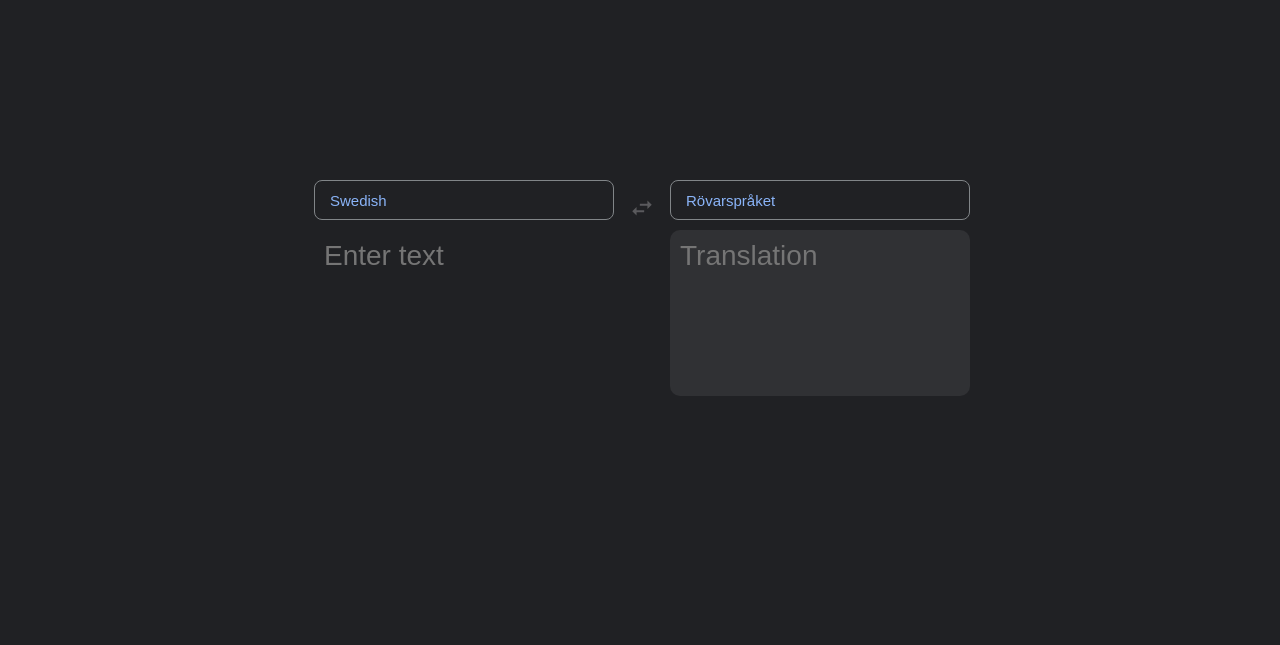
Repository: ShamroOoz/R-varspr-ket-Translator
Page: /
These files come from the project's save history. The page is drawn as it stood at one moment and after the next save; the edit follows.
The browser window is 1280 px wide. The pictures show the whole page.
The project was rebuilt for these pictures with package versions that can differ from the ones it lists, and the page was loaded fresh each time.

Above is the page before, as saved 2022-05-17 23:37:40.

### public/index.html
<!DOCTYPE html>
<html lang="en">
  <head>
    <meta charset="utf-8" />
    <link rel="icon" href="%PUBLIC_URL%/favicon.ico" />
    <meta name="viewport" content="width=device-width, initial-scale=1" />
    <meta name="theme-color" content="#000000" />
    <meta
      name="description"
      content="Web site created using create-react-app"
    />
    <link rel="apple-touch-icon" href="%PUBLIC_URL%/logo192.png" />
    <!--
      manifest.json provides metadata used when your web app is installed on a
      user's mobile device or desktop. See https://developers.google.com/web/fundamentals/web-app-manifest/
    -->
    <link rel="manifest" href="%PUBLIC_URL%/manifest.json" />
    <!--
      Notice the use of %PUBLIC_URL% in the tags above.
      It will be replaced with the URL of the `public` folder during the build.
      Only files inside the `public` folder can be referenced from the HTML.

      Unlike "/favicon.ico" or "favicon.ico", "%PUBLIC_URL%/favicon.ico" will
      work correctly both with client-side routing and a non-root public URL.
      Learn how to configure a non-root public URL by running `npm run build`.
    -->
    <title>Översättare - Rövarspråket</title>
  </head>
  <body>
    <noscript>You need to enable JavaScript to run this app.</noscript>
    <div id="root"></div>
    <!--
      This HTML file is a template.
      If you open it directly in the browser, you will see an empty page.

      You can add webfonts, meta tags, or analytics to this file.
      The build step will place the bundled scripts into the <body> tag.

      To begin the development, run `npm start` or `yarn start`.
      To create a production bundle, use `npm run build` or `yarn build`.
    -->
  </body>
</html>

### src/index.css
* {
  font-family: arial, sans-serif;
}

body {
  margin: 0;
  background-color: #202124;
  display: flex;
  justify-content: center;
  height: 100vh;
  align-items: center;
}

.app {
  display: flex;
  width: 652px;
  height: 360px;
}

.output,
.input {
  display: flex;
  flex-direction: column;
  width: 300px;
}

textarea {
  background-color: transparent;
  color: #bdc1c6;
  border: none;
  resize: none;
  padding: 10px;
  width: 280px !important;
  height: 146px;
  border-radius: 10px;
  outline: none;
  overflow: auto;
  font-size: 28px;
  margin-top: 10px;
}

.output textarea {
  background-color: #303134;
}

.arrow-container {
  padding: 15px;
  cursor: pointer;
}
.arrow-container svg:hover {
  fill: #fff;
}

.arrow-container svg {
  width: 26px;
  height: 26px;
  fill: #5a5a5d;
}

.option-list {
  width: 100%;
}

.search-bar {
  width: 100%;
  display: flex;
  justify-content: center;
  padding: 10px;
}

input {
  border: 1px solid #818588;
  border-radius: 8px;
  box-sizing: border-box;
  color: #bdc1c6;
  font-size: 14px;
  height: 40px;
  background-color: transparent;
  width: 100%;
}

.select-drop-down input {
  color: #8ab4f8;
  padding: 5px 15px;
  font-size: 15px;
}

.input .delete {
  position: relative;
  left: 265px;
  top: -156px;
  font-size: 50px;
  color: #bdc1c6;
  cursor: pointer;
}
.input .delete:hover {
  color: #8ab4f8;
}

### src/App.js
/* eslint-disable react/style-prop-object */
import { useState, useEffect, useMemo } from "react";
import TextBox from "./components/TextBox";
import Arrows from "./components/Arrows";

function App() {
  const [inputLanguage, setInputLanguage] = useState("Swedish");
  const [outputLanguage, setOutputLanguage] = useState("Rövarspråket");
  const [textToTranslate, setTextToTranslate] = useState("");
  const [translatedText, setTranslatedText] = useState("");

  useEffect(() => {
    if (textToTranslate) {
      setTranslatedText(
        outputLanguage === "Rövarspråket" ? encoded() : decoded()
      );
    }
    // eslint-disable-next-line react-hooks/exhaustive-deps
  }, [textToTranslate]);

  const encoded = useMemo(
    () => () => {
      let consonants = "BbCcDdFfGgHhJjKkLlMmNnPpQqRrSsTtVvWwXxYyZz";
      let new_word = [];
      for (let x of textToTranslate) {
        consonants.includes(x) ? new_word.push(x + "o" + x) : new_word.push(x);
      }
      return new_word.join("");
    },
    [textToTranslate]
  );

  const decoded = useMemo(
    () => () => {
      let consonants = "BbCcDdFfGgHhJjKkLlMmNnPpQqRrSsTtVvWwXxYyZz";
      let new_word = "";
      let index = 0;
      while (index < textToTranslate.length) {
        new_word += textToTranslate[index];
        consonants.includes(textToTranslate[index])
          ? (index += 3)
          : (index += 1);
      }
      return new_word;
    },
    [textToTranslate]
  );

  const handleClick = () => {
    setInputLanguage(outputLanguage);
    setOutputLanguage(inputLanguage);
    if (textToTranslate && translatedText) {
      setTextToTranslate(translatedText);
    }
  };

  return (
    <div className="app">
      <TextBox
        style="input"
        selectedLanguage={inputLanguage}
        setTextToTranslate={setTextToTranslate}
        textToTranslate={textToTranslate}
        setTranslatedText={setTranslatedText}
      />
      <div className="arrow-container" onClick={handleClick}>
        <Arrows />
      </div>
      <TextBox
        style="output"
        selectedLanguage={outputLanguage}
        translatedText={translatedText}
      />
    </div>
  );
}

export default App;

### src/components/TextBox.js
import SelectDropDown from "./SelectDropDown";

const TextBox = ({
  style,
  selectedLanguage,
  setTextToTranslate,
  textToTranslate,
  translatedText,
  setTranslatedText,
}) => {
  const handleClick = () => {
    setTextToTranslate("");
    setTranslatedText("");
  };
  return (
    <div className={style}>
      <SelectDropDown selectedLanguage={selectedLanguage} />
      <textarea
        disabled={style === "output"}
        className={style}
        placeholder={style === "input" ? "Enter text" : "Translation"}
        onChange={(e) => setTextToTranslate(e.target.value)}
        value={style === "input" ? textToTranslate : translatedText}
      />
      {style === "input" && textToTranslate && (
        <div className="delete" onClick={handleClick}>
          ˟
        </div>
      )}
    </div>
  );
};

export default TextBox;

### src/components/Arrows.js
const Arrows = () => {
  return (
    <svg
      focusable="false"
      xmlns="http://www.w3.org/2000/svg"
      viewBox="0 0 24 24"
    >
      <path d="M6.99 11L3 15l3.99 4v-3H14v-2H6.99v-3zM21 9l-3.99-4v3H10v2h7.01v3L21 9z"></path>
    </svg>
  );
};

export default Arrows;

### src/components/SelectDropDown.js
const SelectDropDown = ({ selectedLanguage }) => {
  return (
    <div className="select-drop-down">
      <input value={selectedLanguage} />
    </div>
  );
};

export default SelectDropDown;

Loaded but not shown: src/index.js (common file)

After the next save:
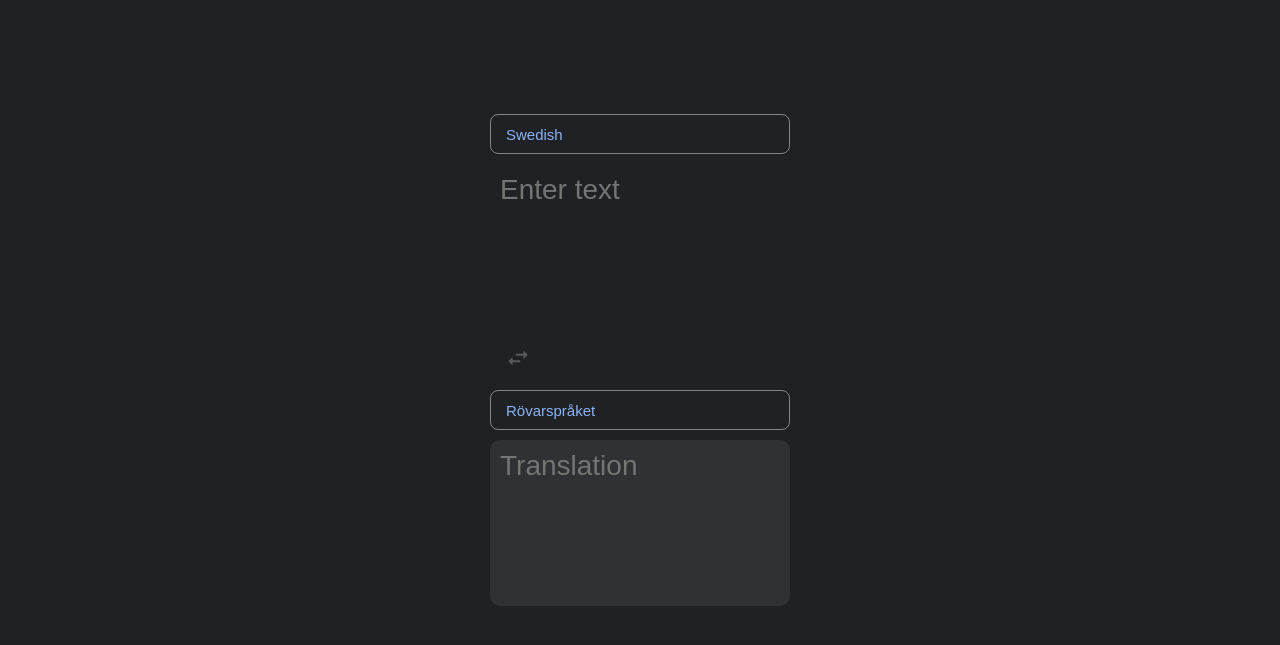
Saved 3 min 12 s later.
--- a/src/index.css
+++ b/src/index.css
@@ -9,12 +9,6 @@
   justify-content: center;
   height: 100vh;
   align-items: center;
-}
-
-.app {
-  display: flex;
-  width: 652px;
-  height: 360px;
 }
 
 .output,

After the save that followed:
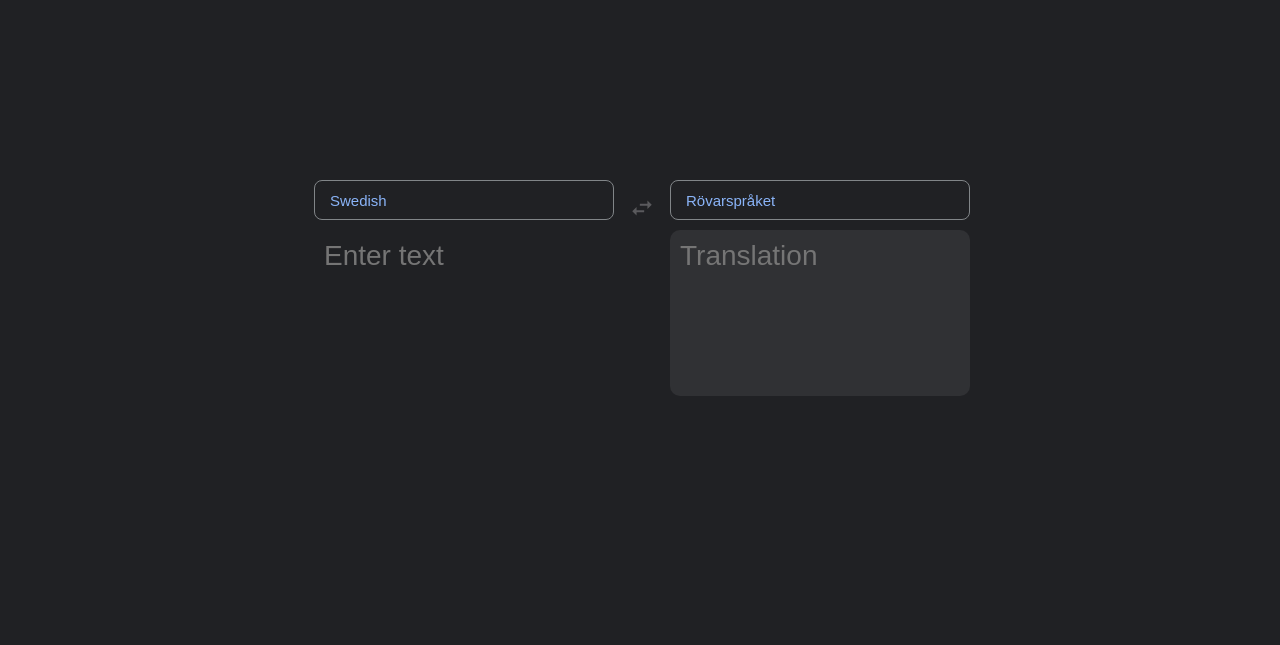
Saved 15 s later.
--- a/src/index.css
+++ b/src/index.css
@@ -9,6 +9,12 @@
   justify-content: center;
   height: 100vh;
   align-items: center;
+}
+
+.app {
+  display: flex;
+  width: 652px;
+  height: 360px;
 }
 
 .output,
